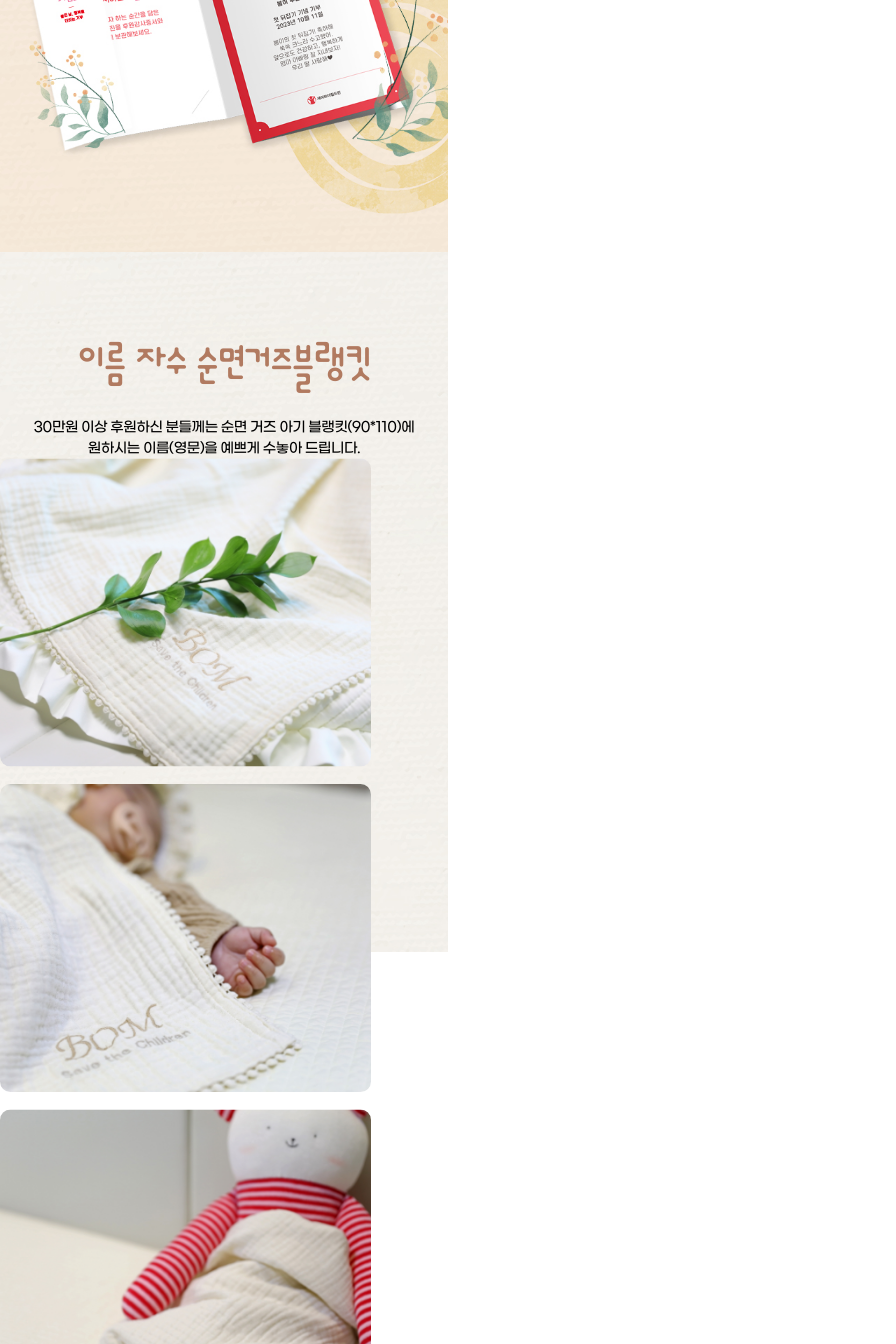
Repository: dlgywls1130/save_children_m
Page: index.html
The author's editor kept a copy of each file at every save. The page is drawn from the files as they stood at one save, then again after the next save.
The browser window is 1280 px wide. The pictures show the part of the page from y = 4580 to 6500 px (the page is 9918 px tall), at 70% of full size.

Above is the page before, as saved 2023-12-13 19:24:59.

After the next save:
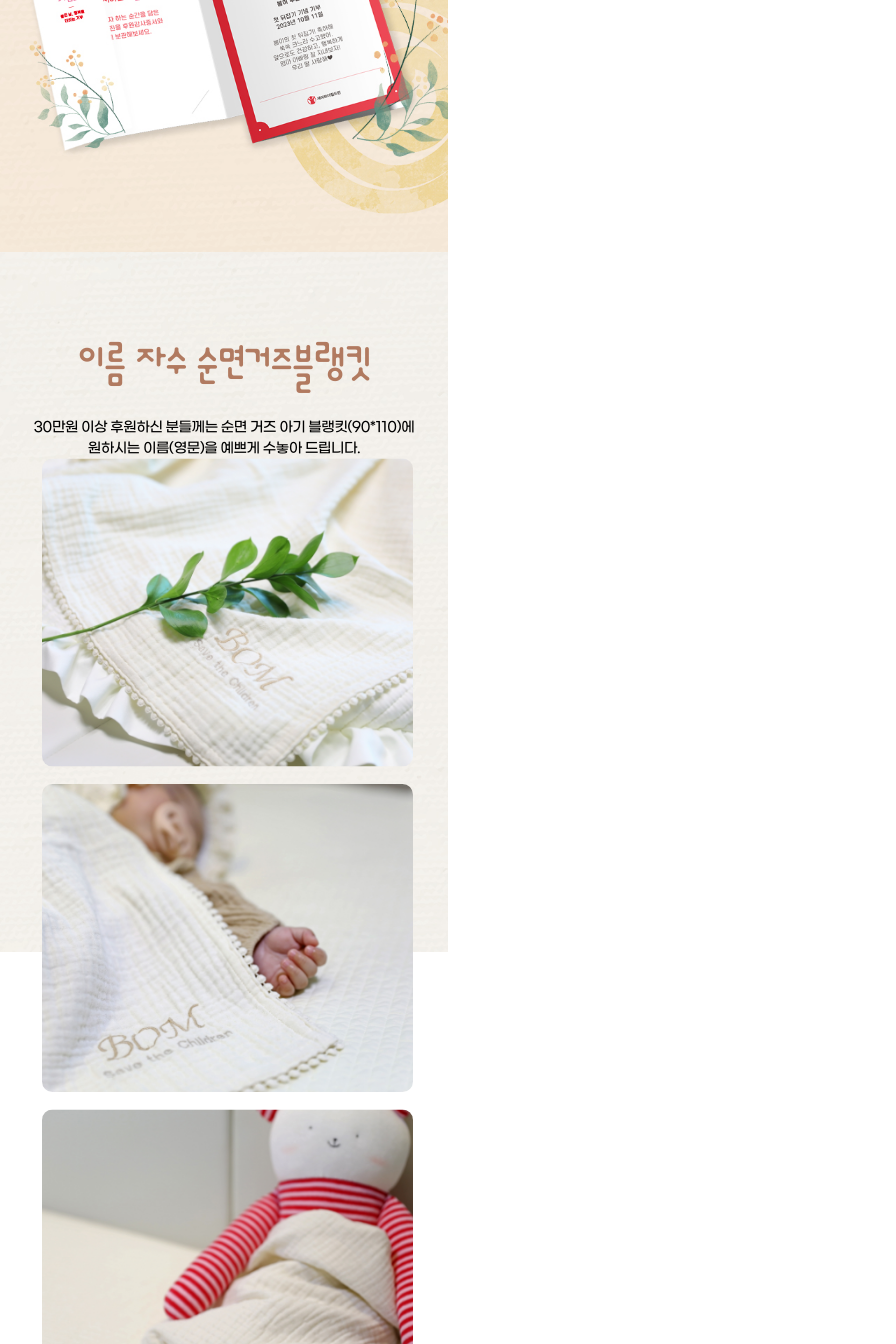
Saved 17 s later.
--- a/css/style.css
+++ b/css/style.css
@@ -380,6 +380,7 @@
 .se04_slide{
     width: 944px;
     margin: 0 auto;
+    padding: 0 60px;
 }
 
 
